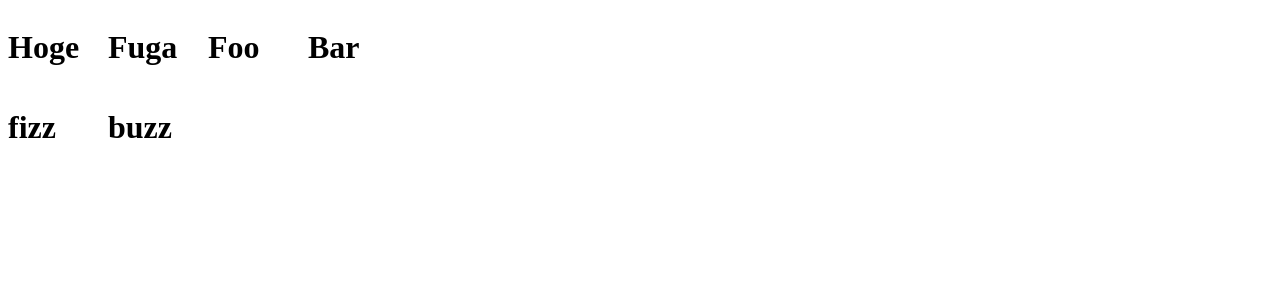
Repository: koukoukou2020/sumurai_HTML-CSS
Page: float01.html
The author's editor kept a record of every edit. The page is drawn from the files as they stood at one moment, then again after the next edit.
The browser window is 1280 px wide. The pictures show the whole page.

Above is the page before.

After the next edit:
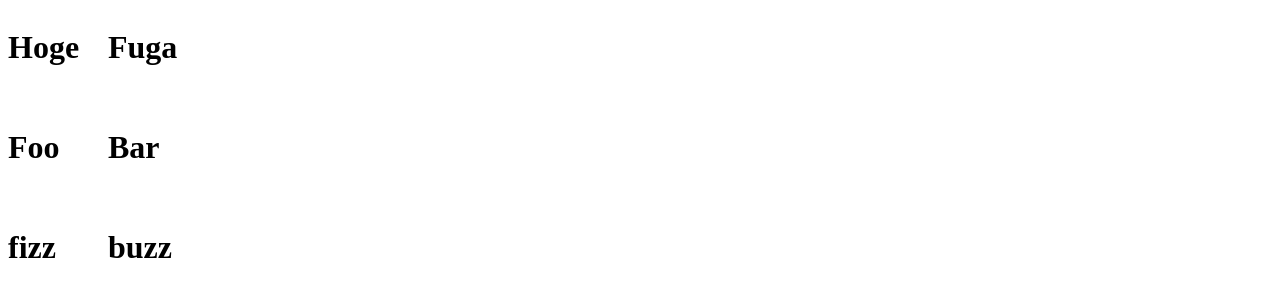
The edit:
--- a/float01.html
+++ b/float01.html
@@ -4,7 +4,8 @@
         <style>
             #grid {
                 display: grid;
-                grid-template-columns: 100px 100px 100px 100px;
+                grid-template-columns: 100px 100px;
+                grid-template-rows: 100px 100px 100px;
             }
         </style>
     </head>
